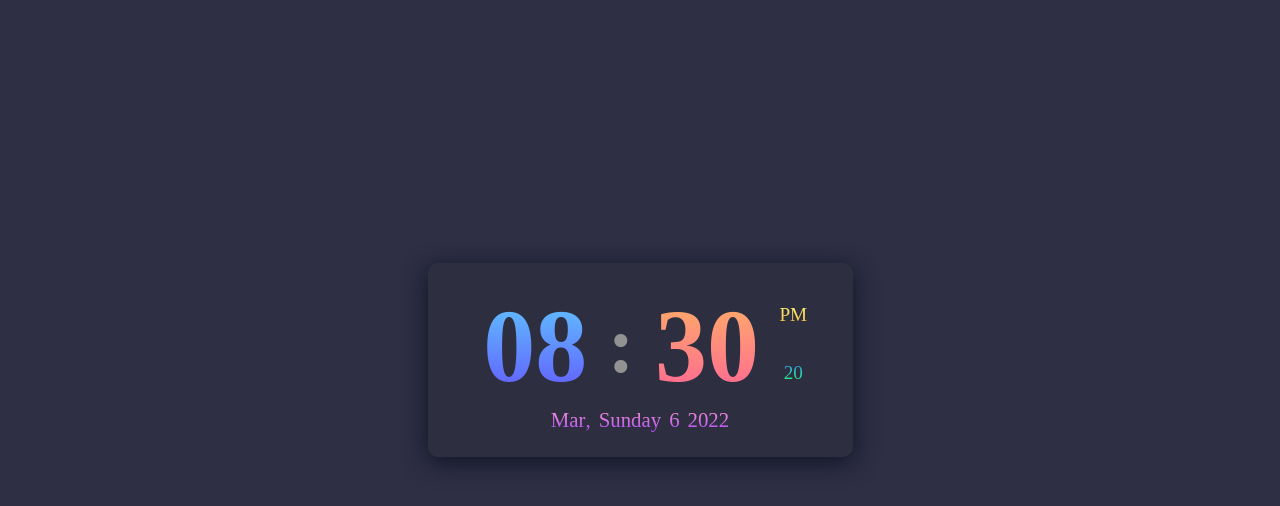
Repository: QUANGTHAI2003/digital-clock
Page: index.html
These files come from the project's save history. The page is drawn as it stood at one moment and after the next save; the edit follows.
The browser window is 1280 px wide. The pictures show the whole page.

Above is the page before, as saved 2022-03-26 20:15:55.

### index.html
<!DOCTYPE html>
<html lang="en">
    <head>
        <meta charset="UTF-8" />
        <meta http-equiv="X-UA-Compatible" content="IE=edge" />
        <meta name="viewport" content="width=device-width, initial-scale=1.0" />
        <title>Digital-Clock</title>
        <link rel="stylesheet" href="style.css" />
        <link rel="stylesheet" href="https://unicons.iconscout.com/release/v4.0.0/css/line.css" />
    </head>
    <body>
        <div class="digital-clock">
            <div class="time">
                <span class="hour">08</span>
                <span class="dots">:</span>
                <span class="minutes">30</span>
                <div class="right-side">
                    <span class="period">PM</span>
                    <span class="seconds">20</span>
                </div>
            </div>
            <div class="calendar">
                <span class="month-name">Mar</span>,
                <span class="day-name">Sunday</span>
                <span class="day-number">6</span>
                <span class="year">2022</span>
            </div>
        </div>
        <script src="./app.js"></script>
    </body>
</html>

### style.css
@import url('https://fonts.googleapis.com/css2?family=Poppins:ital,wght@0,100;0,200;0,300;0,400;0,500;0,600;0,700;0,800;0,900;1,100;1,200;1,300;1,400;1,500;1,600;1,700;1,800;1,900&display=swap');

* {
    margin: 0;
    padding: 0;
    box-sizing: border-box;
    font-family: 'Poppins'sans-serif;
}

body {
    min-height: 100vh;
    display: flex;
    justify-content: center;
    align-items: center;
    background: #2e2e44;
}

.digital-clock {
    position: relative;
    color: #fff;
    background: #2d2f41;
    width: 425px;
    padding: 20px 45px;
    box-shadow: 0 5px 25px rgba(14, 21, 37, 08);
    border-radius: 10px;
    display: flex;
    justify-content: center;
    align-items: center;
    flex-direction: column;
}

.time {
    position: relative;
    display: flex;
    justify-content: center;
    align-items: center;
}

.hour,
.dots,
.minutes {
    display: flex;
    justify-content: center;
    align-items: center;
    font-weight: 600;
    padding: 0 10px;
    line-height: 125px;
}

.hour,
.minutes {
    font-size: 6.5em;
    width: 125px;
}

.dots {
    font-size: 5em;
    color: #929292;
}

.hour {
    background: -webkit-linear-gradient(90deg, #634dff, #5fd4ff);
    -webkit-text-fill-color: transparent;
    -webkit-background-clip: text;
}

.minutes {
    background: -webkit-linear-gradient(90deg, #ff5e9a, #ffb960);
    -webkit-text-fill-color: transparent;
    -webkit-background-clip: text;
}

.right-side {
    position: relative;
    display: flex;
    justify-content: center;
    align-items: center;
    flex-direction: column;
    margin-left: 10px;
}

.period,
.seconds {
    font-size: 1.2em;
    font-weight: 500;
}

.period {
    transform: translateY(-20px);
    background: -webkit-linear-gradient(90deg, #f7b63f, #faf879);
    -webkit-text-fill-color: transparent;
    -webkit-background-clip: text;
}

.seconds {
    transform: translateY(16px);
    background: -webkit-linear-gradient(90deg, #24ff6d, #2f93f1);
    -webkit-text-fill-color: transparent;
    -webkit-background-clip: text;
}

.calendar {
    display: flex;
    justify-content: center;
    align-items: center;
    font-size: 1.3em;
    font-weight: 500;
    margin-bottom: 5px;
    background: -webkit-linear-gradient(90deg, #ae4af6, #ff98d1);
    -webkit-text-fill-color: transparent;
    -webkit-background-clip: text;
}

.day-name,
.day-number,
.year {
    margin-left: 8px;
}

### app.js
function clock() {
    var today = new Date();
    var hours = today.getHours();
    var minutes = today.getMinutes();
    var seconds = today.getSeconds();
    var period = "AM"

    document.querySelector(".clock").innerHTML = hours + ":" + minutes + ":" + seconds + " " + period;
}

After the next save:
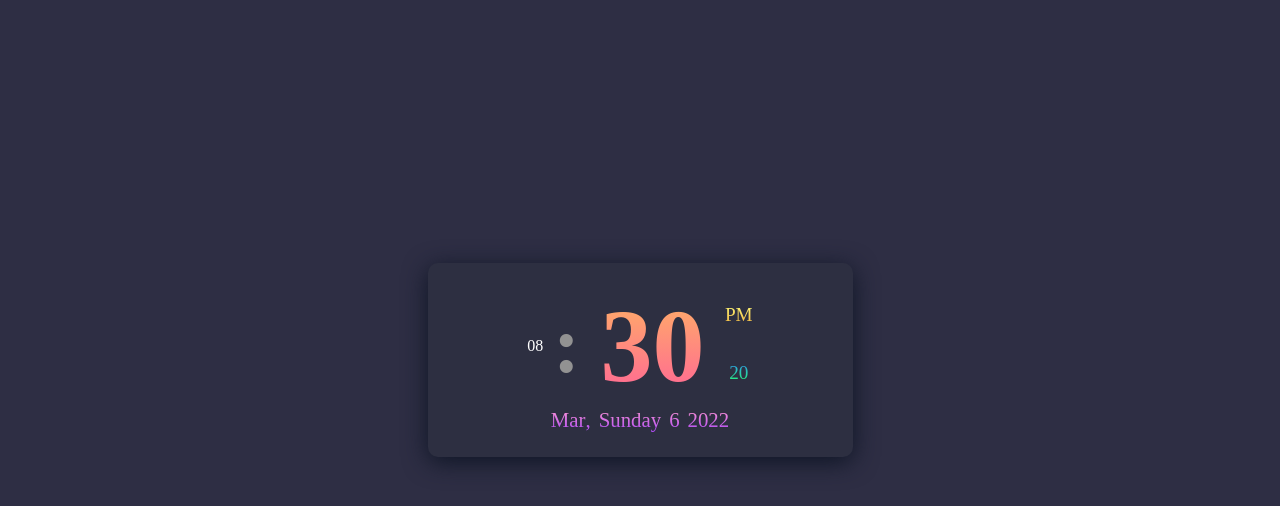
Saved 24 s later.
--- a/index.html
+++ b/index.html
@@ -11,7 +11,7 @@
     <body>
         <div class="digital-clock">
             <div class="time">
-                <span class="hour">08</span>
+                <span class="hours">08</span>
                 <span class="dots">:</span>
                 <span class="minutes">30</span>
                 <div class="right-side">

After the save that followed:
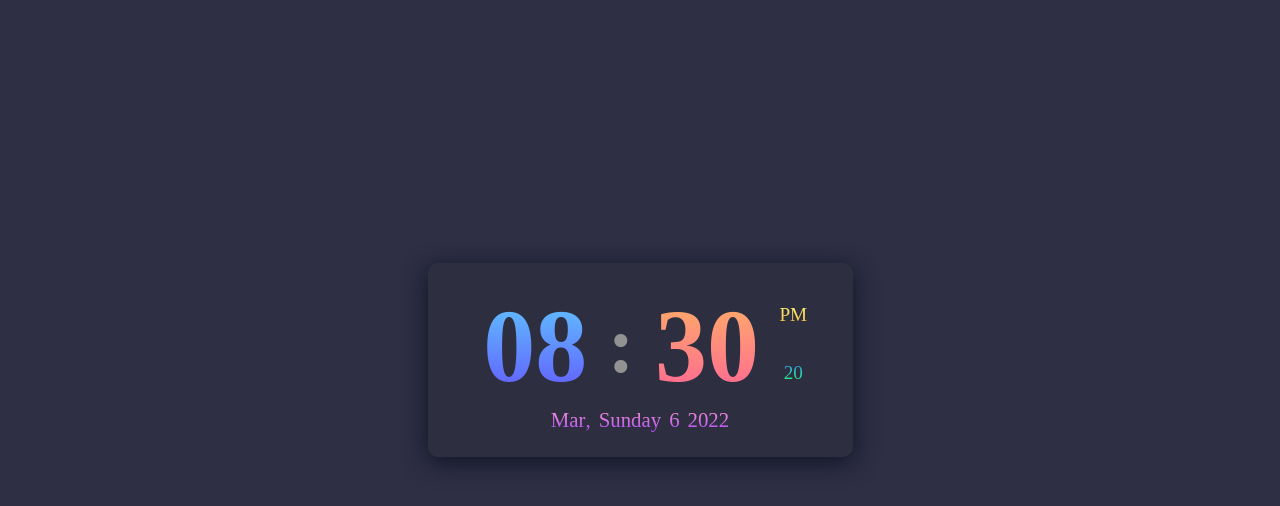
Saved 14 s later.
--- a/style.css
+++ b/style.css
@@ -36,7 +36,7 @@ body {
     align-items: center;
 }
 
-.hour,
+.hours,
 .dots,
 .minutes {
     display: flex;
@@ -47,7 +47,7 @@ body {
     line-height: 125px;
 }
 
-.hour,
+.hours,
 .minutes {
     font-size: 6.5em;
     width: 125px;
@@ -58,7 +58,7 @@ body {
     color: #929292;
 }
 
-.hour {
+.hours {
     background: -webkit-linear-gradient(90deg, #634dff, #5fd4ff);
     -webkit-text-fill-color: transparent;
     -webkit-background-clip: text;
